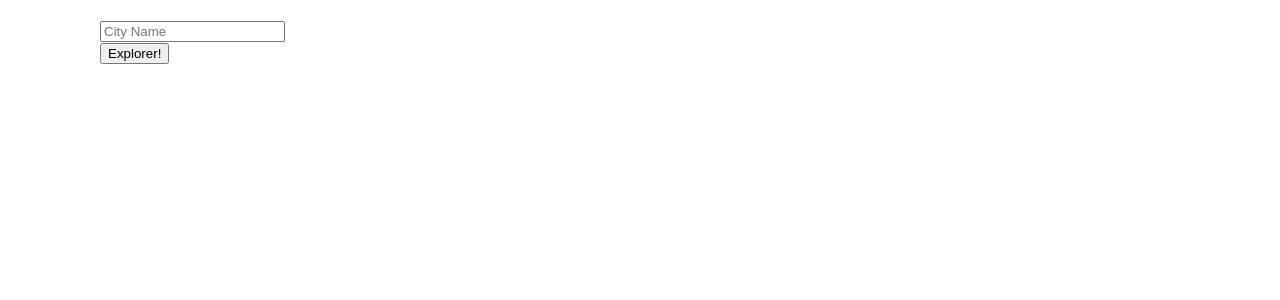
Repository: Razan-am/city-explorer-api-front
Page: /
These files come from the project's save history. The page is drawn as it stood at one moment and after the next save; the edit follows.
The browser window is 1280 px wide. The pictures show the whole page.
The project was rebuilt for these pictures with package versions that can differ from the ones it lists, and the page was loaded fresh each time. Also part of the build but not shown: src/components/Weather.js.

Above is the page before, as saved 2021-07-06 16:41:14.

After the next save:
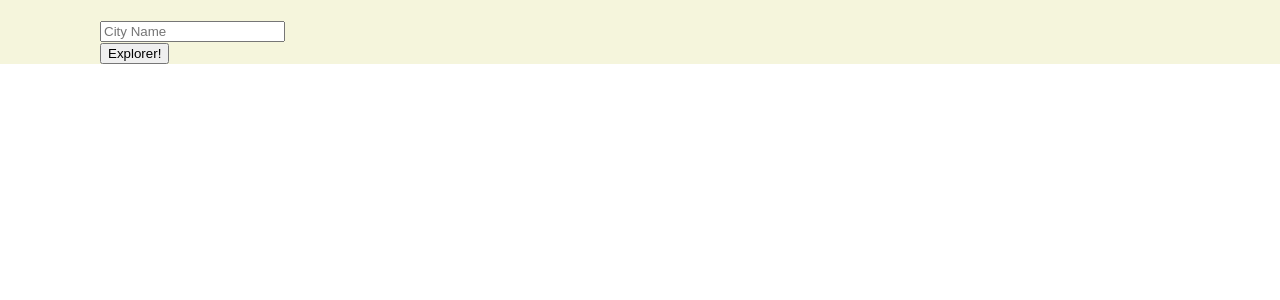
Saved 3 days later.
--- a/src/App.js
+++ b/src/App.js
@@ -66,7 +66,7 @@ class App extends Component {
   }
   render() {
     return (
-      <>
+      <div style={{ backgroundColor:'beige'}}>
         <AlertMessage
           alert={this.state.alert}
           error={this.state.error} />
@@ -101,7 +101,7 @@ class App extends Component {
           )
         })
       }
-      </>
+      </div>
     )
   }
 }
